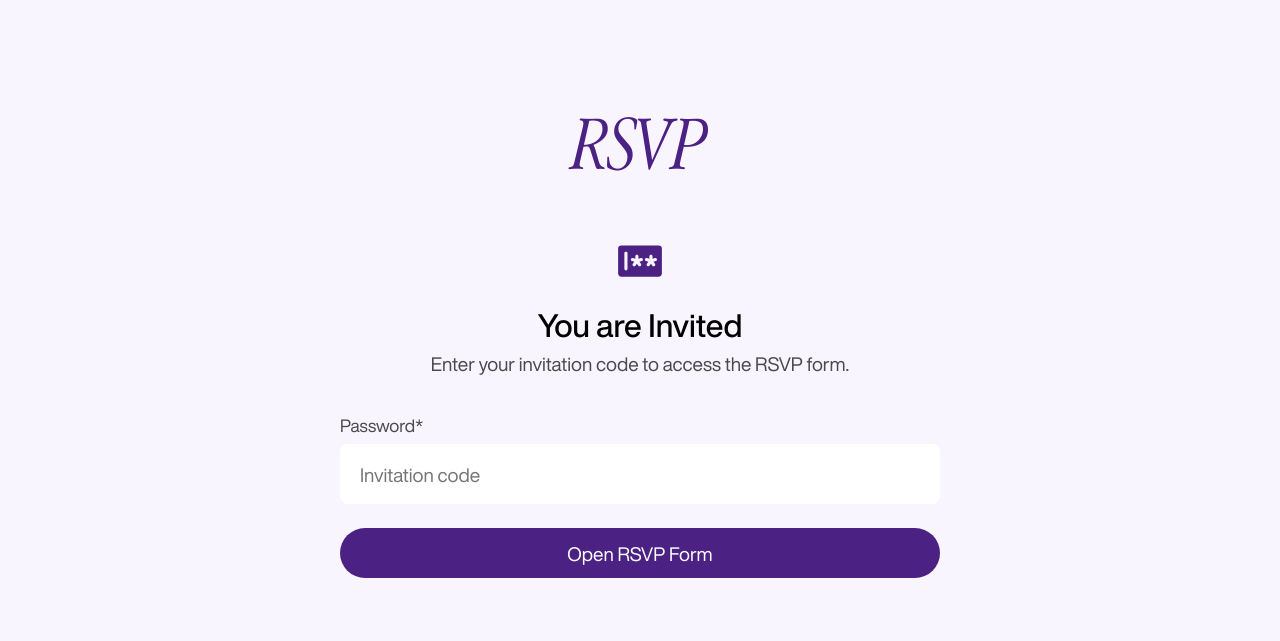
Repository: lafami2026/lafami2026
Page: /
The author's editor kept a copy of each file at every save. The page is drawn from the files as they stood at one save, then again after the next save.
The browser window is 1280 px wide. The pictures show the whole page.
The project was rebuilt for these pictures with package versions that can differ from the ones it lists, and the page was loaded fresh each time. The framework's server and built-in components were replaced by stand-ins that run in the browser. Also part of the build but not shown: next.config.ts, styles/HomePage/forminput.module.scss, components/FormInput.tsx, utils/Icons/DoubleLove.tsx, components/AttendanceRadio.tsx, components/RSVPBox.tsx.

Above is the page before, as saved 2026-06-01 13:50:04.

After the next save:
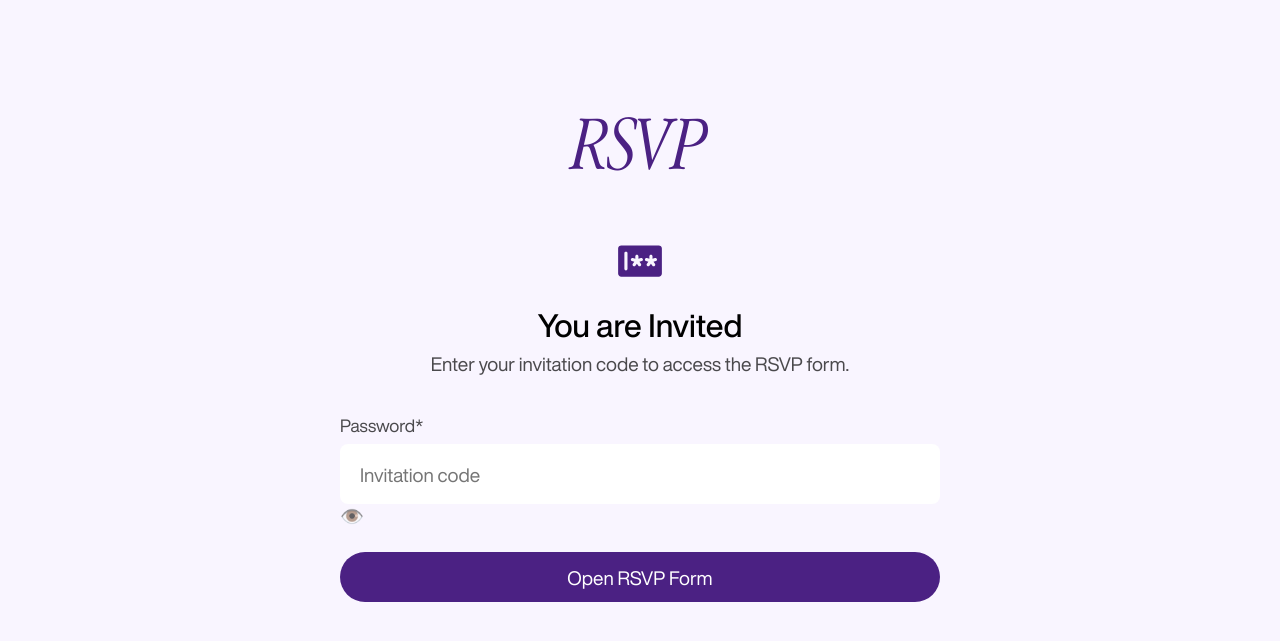
Saved 4 s later.
--- a/components/PasswordGate.tsx
+++ b/components/PasswordGate.tsx
@@ -68,28 +68,26 @@ export default function PasswordGate({ onUnlock }: PasswordGateProps) {
       <p className={styles.in__p}>
         Enter your invitation code to access the RSVP form.
       </p>
-      <form onSubmit={handleSubmit} autoComplete="off" className={styles.former}>
+      <form
+        onSubmit={handleSubmit}
+        autoComplete="off"
+        className={styles.former}
+      >
         <div className={styles.pass__wrap}>
           <span className={styles.label}>Password*</span>
           <div className={styles.pass__eye}>
             <input
-               type={show ? "text" : "password"}
+              type={show ? "text" : "password"}
               placeholder="Invitation code"
               value={password}
               onChange={(e) => setPassword(e.target.value)}
               className={styles.form__in}
             />
-            <div className={styles.eye}>
-
-            </div>
+            <div className={styles.eye}>{show ? "🙈" : "👁️"}</div>
           </div>
           {error && <p className={styles.error}>{error}</p>}
         </div>
-        <button
-          type="submit"
-          disabled={loading}
-          className={styles.pass__but}
-        >
+        <button type="submit" disabled={loading} className={styles.pass__but}>
           {loading ? "Checking..." : "Open RSVP Form"}
         </button>
       </form>
